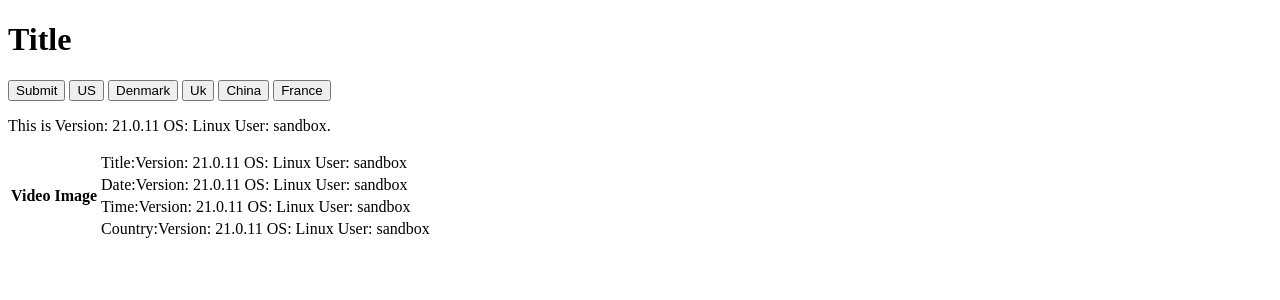
Repository: isauraAlmar/App-Engine-and-Internationalization-with-Java
Page: http://localhost/Marven/
These files come from the project's save history. The page is drawn as it stood at one moment and after the next save; the edit follows.
The browser window is 1280 px wide. The pictures show the whole page.
Some web fonts or font styles are not loaded; a fallback is used. The page is served by Tomcat 9. Other server files are loaded and not shown.

Above is the page before, as saved 2017-05-05 08:31:45.

### Marven/src/main/webapp/index.jsp
<!DOCTYPE html>
<%@ page contentType="text/html;charset=UTF-8" language="java" %>
<%@ page import="com.exemple.HelloInfo" %>
<%@ page import="com.language.LanguageInfo" %>
<!-- [START_EXCLUDE] -->
<%--
  ~ Copyright (c) 2016 Google Inc. All Rights Reserved.
  ~
  ~ Licensed under the Apache License, Version 2.0 (the "License"); you
  ~ may not use this file except in compliance with the License. You may
  ~ obtain a copy of the License at
  ~
  ~     http://www.apache.org/licenses/LICENSE-2.0
  ~
  ~ Unless required by applicable law or agreed to in writing, software
  ~ distributed under the License is distributed on an "AS IS" BASIS,
  ~ WITHOUT WARRANTIES OR CONDITIONS OF ANY KIND, either express or
  ~ implied. See the License for the specific language governing
  ~ permissions and limitations under the License.
  --%>
<!-- [END_EXCLUDE] -->
<html>
<head>
  <link href='//fonts.googleapis.com/css?family=Marmelad' rel='stylesheet' type='text/css'>
  <title>Hello App Engine Standard</title>
</head>
<body>

    <h1> Title </h1>

    <input type="submit" value="Submit">
  	<button type="submit" form="nameform" value="en_US">US</button>
    <button >Denmark</button>
	<button >Uk</button>
	<button >China</button>
	<button >France</button>

 <p>This is <%= HelloInfo.getInfo() %>.</p>

 <table>
  <tr>
    <th rowspan="4">Video Image</th>
    <td>Title:<%= HelloInfo.getInfo() %></td>
  </tr>
  <tr>
    <td>Date:<%= HelloInfo.getInfo() %></td>
  </tr>
  <tr>
    <td>Time:<%= HelloInfo.getInfo() %></td>
  </tr>
  <tr>
    <td>Country:<%= HelloInfo.getInfo() %></td>
  </tr>

</table>

 <!--    <tr>
      <td colspan="2" style="font-weight:bold;">Available Servlets:</td>
    </tr>
    <tr>
      <td><a href='/hello'>Qui Soc?</a></td>
    </tr>

  </table>

  <button >Hello</button>-->


</body>
</html>

### Marven/src/main/java/com/exemple/HelloInfo.java
/*
 * Copyright (c) 2016 Google Inc. All Rights Reserved.
 *
 * Licensed under the Apache License, Version 2.0 (the "License"); you
 * may not use this file except in compliance with the License. You may
 * obtain a copy of the License at
 *
 *     http://www.apache.org/licenses/LICENSE-2.0
 *
 * Unless required by applicable law or agreed to in writing, software
 * distributed under the License is distributed on an "AS IS" BASIS,
 * WITHOUT WARRANTIES OR CONDITIONS OF ANY KIND, either express or
 * implied. See the License for the specific language governing
 * permissions and limitations under the License.
 */

package com.exemple;

// [START example]
/**
 * Generate some simple information.
 */
public class HelloInfo {

  public static String getInfo() {
    return "Version: " + System.getProperty("java.version")
          + " OS: " + System.getProperty("os.name")
          + " User: " + System.getProperty("user.name");
  }

  public static String Country (){
	  String stn = new String();
	  stn = "USA";
	  return stn;
  }
}
// [END example]

After the next save:
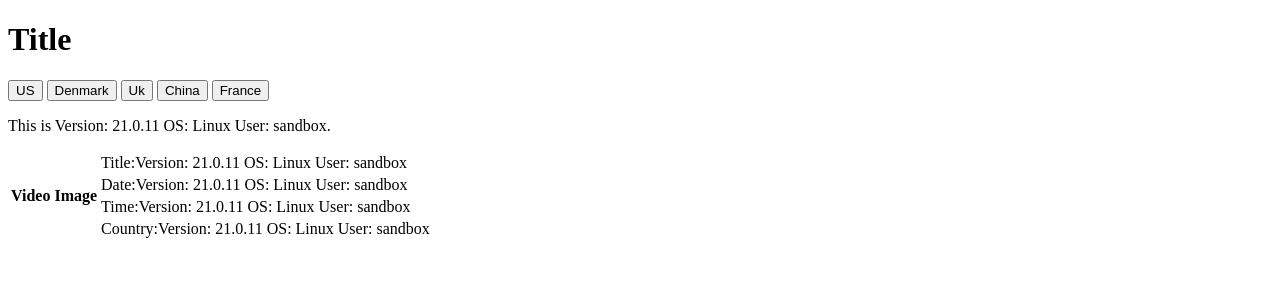
Saved 4 min 2 s later.
--- a/Marven/src/main/webapp/index.jsp
+++ b/Marven/src/main/webapp/index.jsp
@@ -28,12 +28,12 @@
 
     <h1> Title </h1>
 
-    <input type="submit" value="Submit">
-  	<button type="submit" form="nameform" value="en_US">US</button>
-    <button >Denmark</button>
-	<button >Uk</button>
-	<button >China</button>
-	<button >France</button>
+
+  	<button type="submit" value="en_US">US</button>
+    <button type="submit" value="dk_DK">Denmark</button>
+	<button type="submit" value="uk_UK">Uk</button>
+	<button type="submit" value="us_US">China</button>
+	<button type="submit" value="fr_FR">France</button>
 
  <p>This is <%= HelloInfo.getInfo() %>.</p>
 
